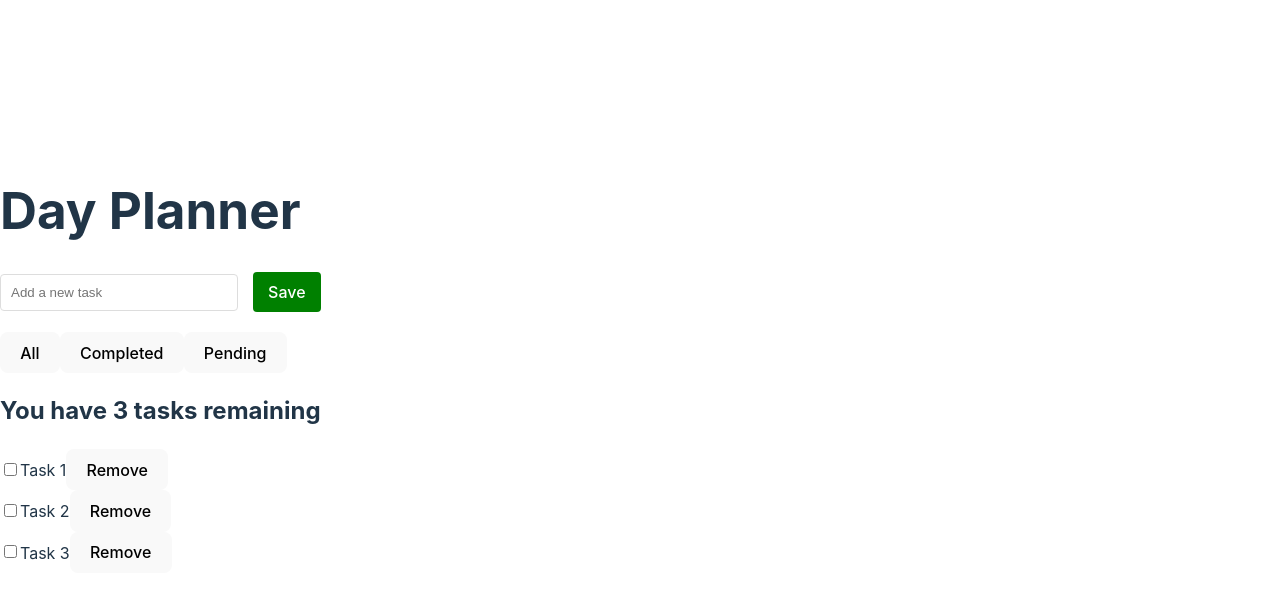
Repository: GavinPahal/Lab7
Page: /
An editor plug-in stored every save of this project. The page is shown before and after the next save, followed by the edit.
The browser window is 1280 px wide. The pictures show the whole page.
The project was rebuilt for these pictures with package versions that can differ from the ones it lists, and the page was loaded fresh each time. Also part of the build but not shown: vite.config.js.

Above is the page before, as saved 2024-10-28 14:06:01.

After the next save:
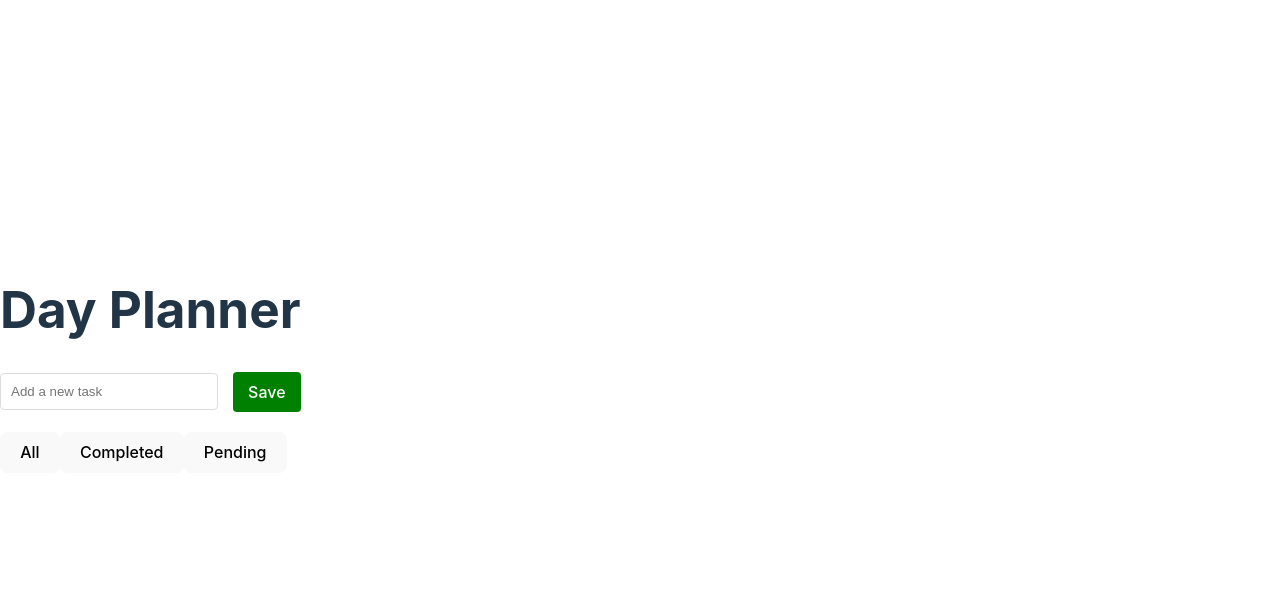
Saved 3 min 23 s later.
--- a/src/App.jsx
+++ b/src/App.jsx
@@ -6,10 +6,10 @@
 function App() {
   const [tasks, setTasks] = useState([
     { text: 'Task 1', isCompleted: false },
-    { text: 'Task 2', isCompleted: false },
+    { text: 'Task 2', isCompleted: true },
     { text: 'Task 3', isCompleted: false },
   ]);
-  const [filter, setFilter] = useState('all'); // Filter state
+  const [filter, setFilter] = useState(null); // Set to null initially
 
   const addTask = (task) => setTasks([...tasks, { text: task, isCompleted: false }]);
 
@@ -21,49 +21,39 @@
 
   const deleteTask = (index) => setTasks(tasks.filter((_, i) => i !== index));
 
-  // Filter tasks based on selection
-  const filteredTasks = tasks.filter(task => {
-    if (filter === 'pending') return !task.isCompleted;
-    if (filter === 'completed') return task.isCompleted;
-    return true; // All tasks
-  });
-
-  const pendingTasksCount = tasks.filter(task => !task.isCompleted).length;
-  const completedTasksCount = tasks.filter(task => task.isCompleted).length;
+  // Filtered tasks based on selection
+  const filteredTasks = tasks.filter(task => filter === 'completed' ? task.isCompleted : true);
 
   return (
     <div className="app">
       <h1>Day Planner</h1>
       <TaskForm addTask={addTask} />
 
-      {/* Filter buttons with Completed in the middle */}
+      {/* Filter buttons */}
       <div className="filter-buttons">
-        <button onClick={() => setFilter('all')}>All</button>
+        <button onClick={() => setFilter(null)}>All</button>
         <button onClick={() => setFilter('completed')}>Completed</button>
         <button onClick={() => setFilter('pending')}>Pending</button>
       </div>
 
-      {/* Task count for All and Pending views */}
-      {(filter === 'all' || filter === 'pending') && (
-        <h2>You have {pendingTasksCount} tasks remaining</h2>
+      {/* Display task list only when 'Completed' is selected */}
+      {filter === 'completed' && (
+        <div className="task-list">
+          {filteredTasks.length > 0 ? (
+            filteredTasks.map((task, index) => (
+              <Task
+                key={index}
+                index={index}
+                task={task}
+                toggleTask={toggleTask}
+                deleteTask={deleteTask}
+              />
+            ))
+          ) : (
+            <p>No completed tasks to display.</p>
+          )}
+        </div>
       )}
-
-      {/* Completed tasks view with message when no tasks */}
-      {filter === 'completed' && completedTasksCount === 0 && (
-        <p>No completed tasks to display.</p>
-      )}
-
-      <div className="task-list">
-        {filteredTasks.map((task, index) => (
-          <Task
-            key={index}
-            index={index}
-            task={task}
-            toggleTask={toggleTask}
-            deleteTask={deleteTask}
-          />
-        ))}
-      </div>
     </div>
   );
 }

After the save that followed:
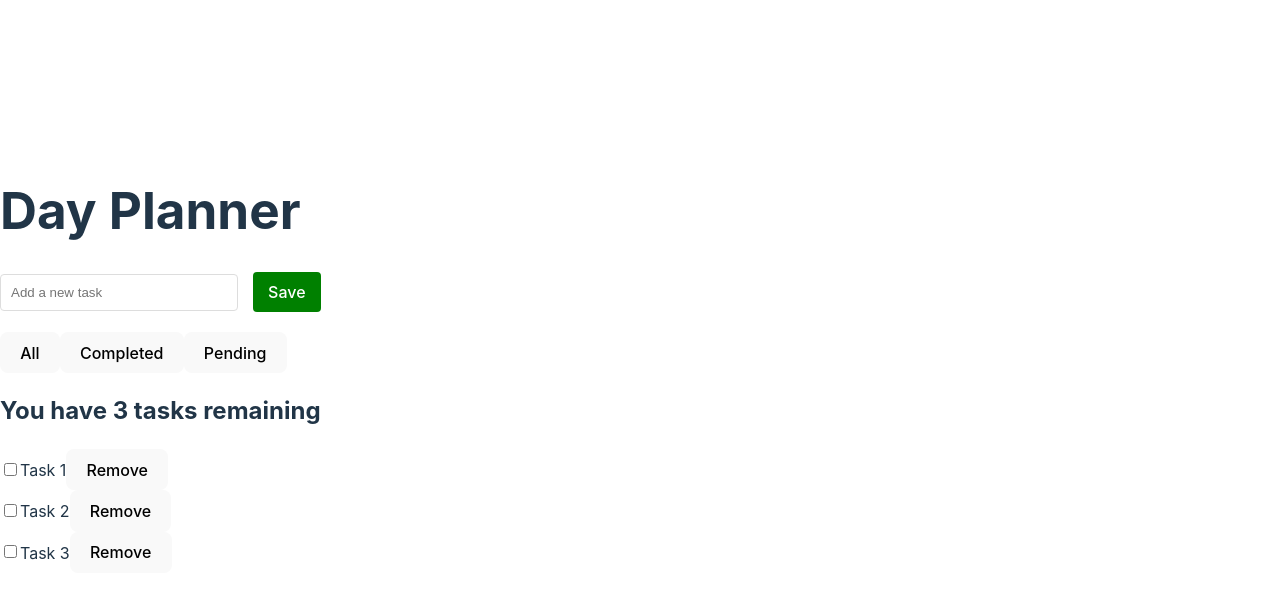
Saved 14 s later.
--- a/src/App.jsx
+++ b/src/App.jsx
@@ -6,10 +6,10 @@
 function App() {
   const [tasks, setTasks] = useState([
     { text: 'Task 1', isCompleted: false },
-    { text: 'Task 2', isCompleted: true },
+    { text: 'Task 2', isCompleted: false },
     { text: 'Task 3', isCompleted: false },
   ]);
-  const [filter, setFilter] = useState(null); // Set to null initially
+  const [filter, setFilter] = useState('all'); // Filter state
 
   const addTask = (task) => setTasks([...tasks, { text: task, isCompleted: false }]);
 
@@ -21,39 +21,49 @@
 
   const deleteTask = (index) => setTasks(tasks.filter((_, i) => i !== index));
 
-  // Filtered tasks based on selection
-  const filteredTasks = tasks.filter(task => filter === 'completed' ? task.isCompleted : true);
+  // Filter tasks based on selection
+  const filteredTasks = tasks.filter(task => {
+    if (filter === 'pending') return !task.isCompleted;
+    if (filter === 'completed') return task.isCompleted;
+    return true; // All tasks
+  });
+
+  const pendingTasksCount = tasks.filter(task => !task.isCompleted).length;
+  const completedTasksCount = tasks.filter(task => task.isCompleted).length;
 
   return (
     <div className="app">
       <h1>Day Planner</h1>
       <TaskForm addTask={addTask} />
 
-      {/* Filter buttons */}
+      {/* Filter buttons with Completed in the middle */}
       <div className="filter-buttons">
-        <button onClick={() => setFilter(null)}>All</button>
+        <button onClick={() => setFilter('all')}>All</button>
         <button onClick={() => setFilter('completed')}>Completed</button>
         <button onClick={() => setFilter('pending')}>Pending</button>
       </div>
 
-      {/* Display task list only when 'Completed' is selected */}
-      {filter === 'completed' && (
-        <div className="task-list">
-          {filteredTasks.length > 0 ? (
-            filteredTasks.map((task, index) => (
-              <Task
-                key={index}
-                index={index}
-                task={task}
-                toggleTask={toggleTask}
-                deleteTask={deleteTask}
-              />
-            ))
-          ) : (
-            <p>No completed tasks to display.</p>
-          )}
-        </div>
+      {/* Task count for All and Pending views */}
+      {(filter === 'all' || filter === 'pending') && (
+        <h2>You have {pendingTasksCount} tasks remaining</h2>
       )}
+
+      {/* Completed tasks view with message when no tasks */}
+      {filter === 'completed' && completedTasksCount === 0 && (
+        <p>No completed tasks to display.</p>
+      )}
+
+      <div className="task-list">
+        {filteredTasks.map((task, index) => (
+          <Task
+            key={index}
+            index={index}
+            task={task}
+            toggleTask={toggleTask}
+            deleteTask={deleteTask}
+          />
+        ))}
+      </div>
     </div>
   );
 }
